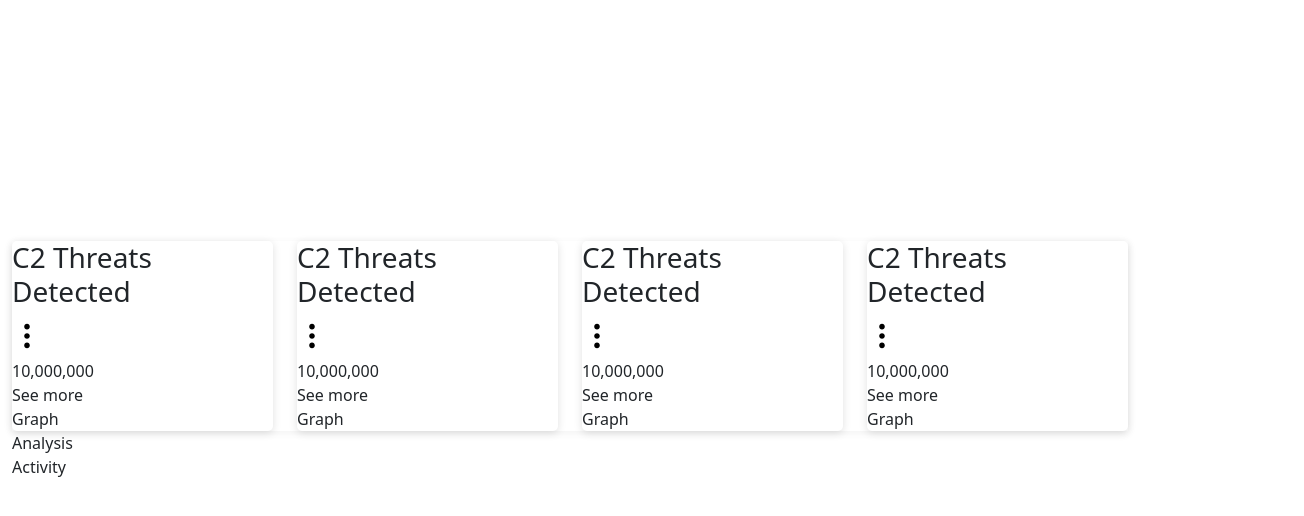
Repository: badhon252/dashboard
Page: /
An editor plug-in stored every save of this project. The page is shown before and after the next save, followed by the edit.
The browser window is 1280 px wide. The page is 1280 px wide, then 1304 px, then 1280 px, so the pictures cover 1304 px, including what lies to the right of the window. The pictures show the whole page.
The project was rebuilt for these pictures with package versions that can differ from the ones it lists, and the page was loaded fresh each time. Also part of the build but not shown: vite.config.js.

Above is the page before, as saved 2023-01-27 01:00:11.

After the next save:
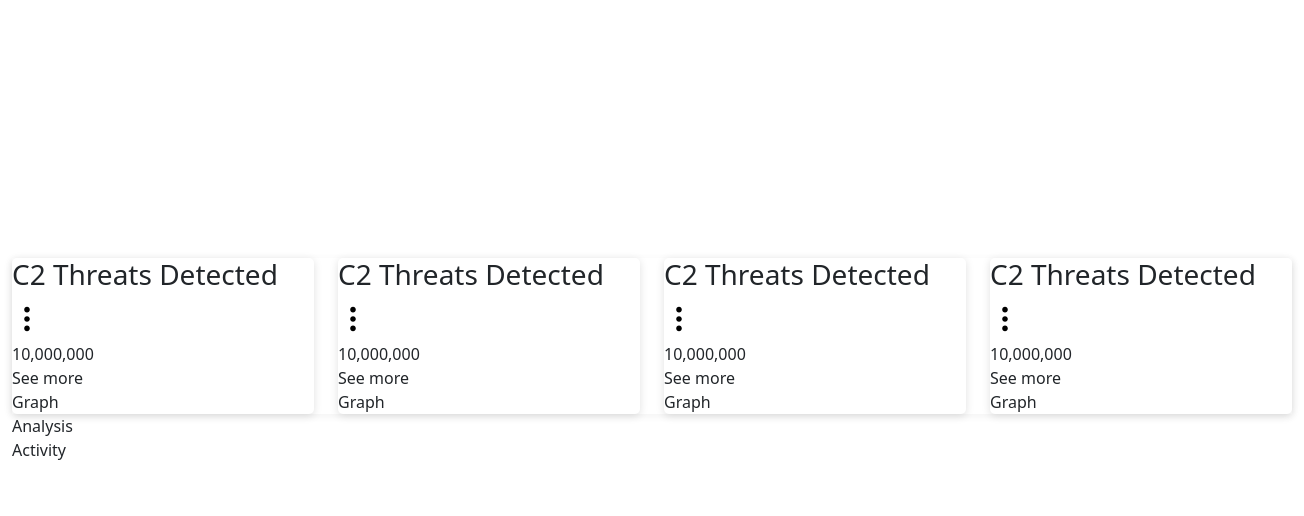
Saved 38 s later.
--- a/src/Components/Status/Status.css
+++ b/src/Components/Status/Status.css
@@ -2,6 +2,7 @@
     justify-content: center;
     align-items: center;
     box-shadow: 0 2px 8px rgba(0, 0, 0, 0.055);
+    min-width: 100vw;
 }
 
 

After the 2 saves that followed:
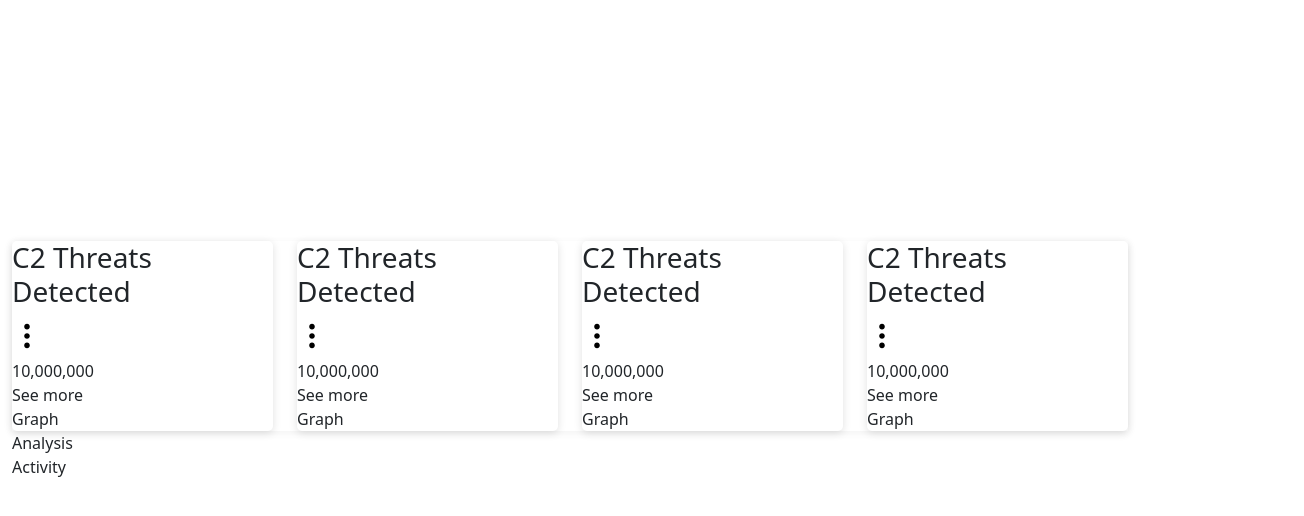
The 2 saves are shown as one change because 1 left the picture as it was.
The last was saved 14 s later.
--- a/src/Components/Status/Status.css
+++ b/src/Components/Status/Status.css
@@ -2,7 +2,7 @@
     justify-content: center;
     align-items: center;
     box-shadow: 0 2px 8px rgba(0, 0, 0, 0.055);
-    min-width: 100vw;
+    width: 100%;
 }
 
 
